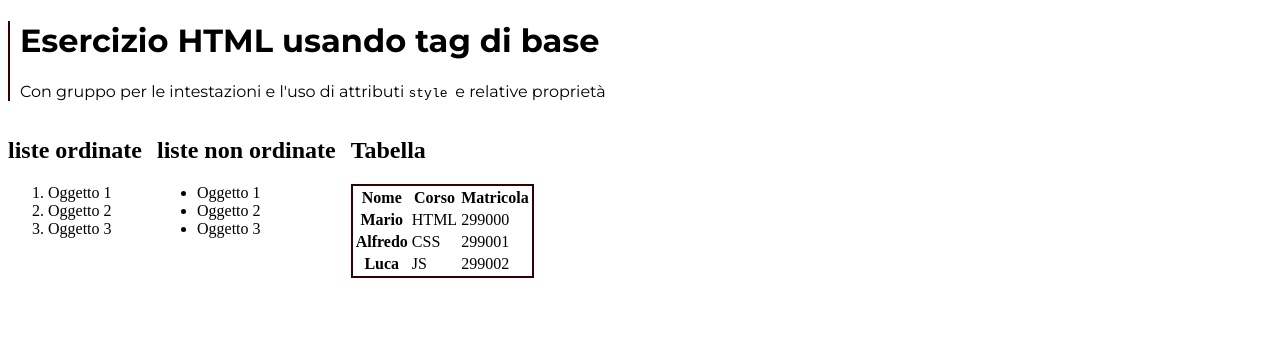
Repository: CryptoFamilyNFT/develhope
Page: html/secondo.html
These files come from the project's save history. The page is drawn as it stood at one moment and after the next save; the edit follows.
The browser window is 1280 px wide. The pictures show the whole page.

Above is the page before, as saved 2024-10-29 19:28:23.

### html/secondo.html
<!DOCTYPE html>
<html lang="en">

<head>
    <meta http-equiv="X-UA-Compatible" content="IE=edge">
    <meta property="og:title" content="Esercizio">
    <meta property="og:description" content="Metadata per esercizio numero 2">

    <link rel="apple-touch-icon" sizes="180x180" href="../favicon/apple-touch-icon.png">
    <link rel="icon" type="image/png" sizes="32x32" href="../favicon/favicon-32x32.png">
    <link rel="icon" type="image/png" sizes="16x16" href="../favicon/favicon-16x16.png">

    <link rel="preconnect" href="https://fonts.googleapis.com">
    <link rel="preconnect" href="https://fonts.gstatic.com" crossorigin>
    <link href="https://fonts.googleapis.com/css2?family=Montserrat:ital,wght@0,100..900;1,100..900&display=swap"
        rel="stylesheet">

    <meta charset="UTF-8">
    <meta name="viewport" content="width=device-width, initial-scale=1.0">
    <meta name="author" content="Giuseppe Di Loreto">
    <meta description="Descrizione secondo esercizio develhope">
    <title>Esercizio 2</title>
</head>

<body>
    <header>
        <hgroup style="font-family: Montserrat; border-left: 2px solid #320202; padding-left: 10px;">
            <h1>
                Esercizio HTML usando tag di base
            </h1>
            <p>
                Con gruppo per le intestazioni e l'uso di attributi <code> style </code> e relative proprietà
            </p>
        </hgroup>
    </header>

    <main>
        <div style="display: flex; flex-direction: row; gap: 15px">
            <div>
                <h2>liste ordinate</h2>
                <ol>
                    <li>Oggetto 1</li>
                    <li>Oggetto 2</li>
                    <li>Oggetto 3</li>
                </ol>
            </div>

            <div>
                <h2>liste non ordinate</h2>
                <ul>
                    <li>Oggetto 1</li>
                    <li>Oggetto 2</li>
                    <li>Oggetto 3</li>
                </ul>
            </div>

            <div style="align-items: center;">
                <h2>Tabella</h2>
                <table style="border: 2px solid #320202; padding: auto;">
                    <thead>
                        <th scope="col">
                            Nome
                        </th>
                        <th scope="col">
                            Corso
                        </th>
                        <th scope="col">
                            Matricola
                        </th>
                    </thead>
                    <tbody>
                        <tr>
                            <th scope="row">Mario</th>
                            <td>HTML</td>
                            <td>299000</td>
                        </tr>
                        <tr>
                            <th scope="row">Alfredo</th>
                            <td>CSS</td>
                            <td>299001</td>
                        </tr>
                        <tr>
                            <th scope="row">Luca</th>
                            <td>JS</td>
                            <td>299002</td>
                        </tr>
                    </tbody>
                </table>
            </div>
        </div>
    </main>

    <footer>

    </footer>

</body>

</html>

After the next save:
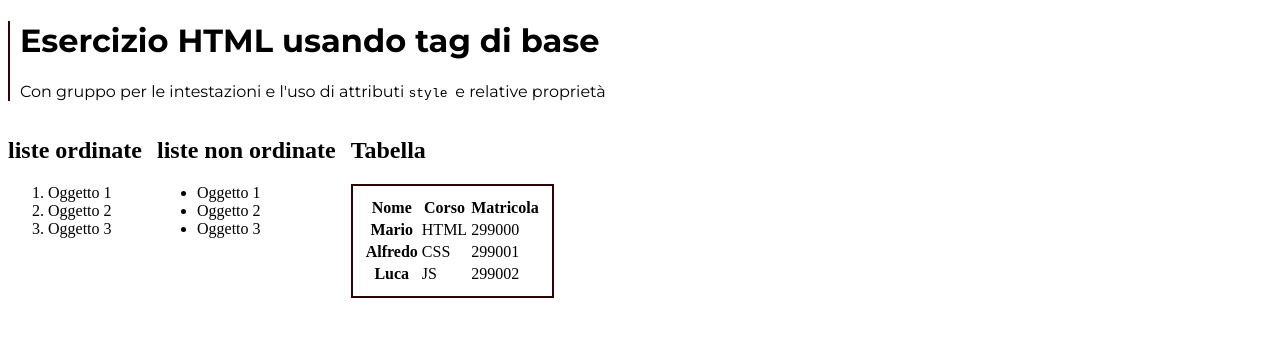
Saved 8 s later.
--- a/html/secondo.html
+++ b/html/secondo.html
@@ -56,7 +56,7 @@
 
             <div style="align-items: center;">
                 <h2>Tabella</h2>
-                <table style="border: 2px solid #320202; padding: auto;">
+                <table style="border: 2px solid #320202; padding: 10px;">
                     <thead>
                         <th scope="col">
                             Nome

After the save that followed:
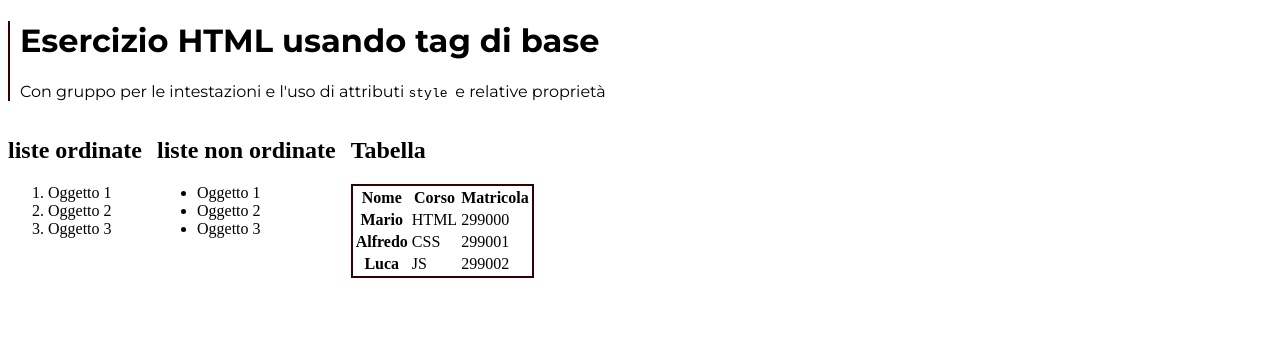
Saved 8 s later.
--- a/html/secondo.html
+++ b/html/secondo.html
@@ -56,7 +56,7 @@
 
             <div style="align-items: center;">
                 <h2>Tabella</h2>
-                <table style="border: 2px solid #320202; padding: 10px;">
+                <table style="border: 2px solid #320202; gap: 10px;">
                     <thead>
                         <th scope="col">
                             Nome
